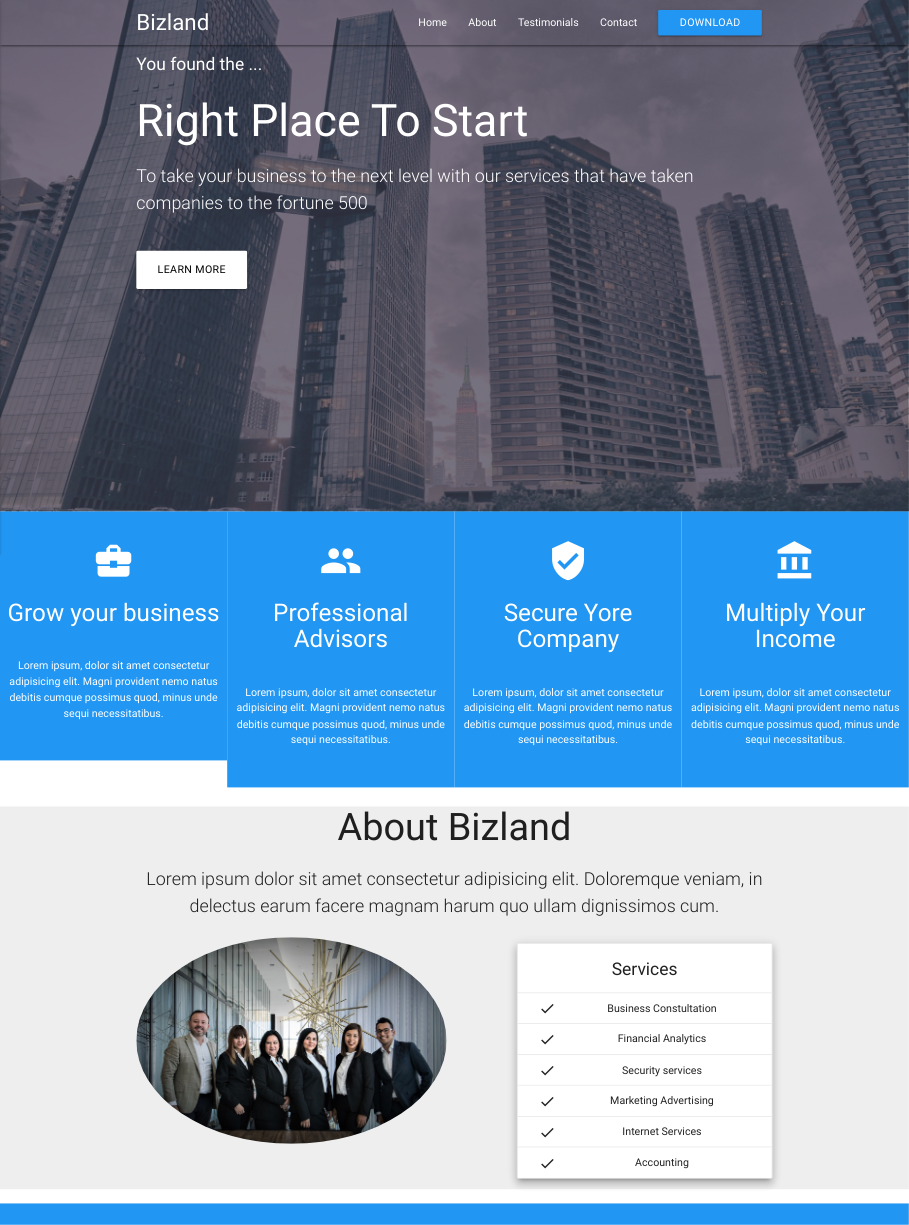
Repository: farrdy/bizland
Page: index.html
An editor plug-in stored every save of this project. The page is shown before and after the next save, followed by the edit.
The browser window is 1280 px wide. The pictures show the whole page, at 71% of full size.
Some web libraries are served in a nearby version.

Above is the page before, as saved 2020-01-05 13:51:50.

### index.html
<!DOCTYPE html>
<html>
  <head>
    <!--Import Google Icon Font-->
    <link
      href="https://fonts.googleapis.com/icon?family=Material+Icons"
      rel="stylesheet"
    />
    <!--Import materialize.css-->
    <link
      type="text/css"
      rel="stylesheet"
      href="css/materialize.min.css"
      media="screen,projection"
    />
    <link type="text/css" rel="stylesheet" href="css/main.css" />
    <!--Let browser know website is optimized for mobile-->
    <meta name="viewport" content="width=device-width, initial-scale=1.0" />
    <title>Bizland Theme</title>
  </head>

  <body>
    <header class="main-header">
      <div class="primary-overlay">
        <div class="navbar-fixed">
          <nav class="transparent">
            <div class="container">
              <div class="nav-wrapper">
                <a href="#home" class="brand-logo">Bizland</a>
                <a href="#" class="button-collapse" data-activates="mobile-nav">
                  <i class="material-icons">menu</i>
                </a>
                <ul class=" right hide-on-med-and-down">
                  <li>
                    <a href="#home">Home</a>
                  </li>
                  <li>
                    <a href="#about">About</a>
                  </li>
                  <li>
                    <a href="#testimonials">Testimonials</a>
                  </li>
                  <li>
                    <a href="#contact">Contact</a>
                  </li>
                  <li>
                    <a href="#" class="btn blue">Download</a>
                  </li>
                </ul>
              </div>
            </div>
          </nav>
        </div>
        <ul class="side-nav" id="mobile-nav">
          <h4 class="blue-grey darken-3  center">
            Bizland
          </h4>
          <li>
            <a href="#" class="devider"></a>
          </li>
          <li>
            <a href="#home">Home</a>
          </li>
          <li>
            <a href="#about">About</a>
          </li>
          <li>
            <a href="#testimonials">Testimonials</a>
          </li>
          <li>
            <a href="#contact">Contact</a>
          </li>
        </ul>

        <!-- showcase -->
        <div class="showcase container">
          <div class="row">
            <div class="col s12 main-text">
              <h5>You found the ...</h5>
              <h1>Right Place To Start</h1>
              <p class="flow-text">
                To take your business to the next level with our services that
                have taken companies to the fortune 500
              </p>
              <br />
              <a href="" class="btn btn-large white black-text">Learn More</a>
              <a href="#about" class="white-text"
                ><i class="material-icons medium scroll-icon">
                  arrow_drop_down_circle
                </i></a
              >
            </div>
          </div>
        </div>
      </div>
    </header>
    <section class="section-boxes center">
      <div class="row">
        <div class="col s12 m6 l3 blue white-text box">
          <i class="material-icons medium">business_center</i>
          <h4>Grow your business</h4>
          <p>
            Lorem ipsum, dolor sit amet consectetur adipisicing elit. Magni
            provident nemo natus debitis cumque possimus quod, minus unde sequi
            necessitatibus.
          </p>
        </div>
        <div class="col s12 m6 l3 blue white-text box">
          <i class="material-icons medium">people</i>
          <h4>Professional Advisors</h4>
          <p>
            Lorem ipsum, dolor sit amet consectetur adipisicing elit. Magni
            provident nemo natus debitis cumque possimus quod, minus unde sequi
            necessitatibus.
          </p>
        </div>
        <div class="col s12 m6 l3 blue white-text box">
          <i class="material-icons medium">verified_user</i>
          <h4>Secure Yore Company</h4>
          <p>
            Lorem ipsum, dolor sit amet consectetur adipisicing elit. Magni
            provident nemo natus debitis cumque possimus quod, minus unde sequi
            necessitatibus.
          </p>
        </div>
        <div class="col s12 m6 l3 blue white-text box">
          <i class="material-icons medium">account_balance</i>
          <h4>Multiply Your Income</h4>
          <p>
            Lorem ipsum, dolor sit amet consectetur adipisicing elit. Magni
            provident nemo natus debitis cumque possimus quod, minus unde sequi
            necessitatibus.
          </p>
        </div>
      </div>
    </section>
    <!-- Section: About -->

    <section class="section-about grey lighten-3 center">
      <div class="container">
        <h2>About Bizland</h2>
        <p class="flow-text">
          Lorem ipsum dolor sit amet consectetur adipisicing elit. Doloremque
          veniam, in delectus earum facere magnam harum quo ullam dignissimos
          cum.
        </p>
        <div class="row">
          <div class="col s12 m6">
            <img src="img/people.jpg" alt="" class="responsive-img circle" />
          </div>
          <div class="col s12 m5 offset-m1">
            <ul class="collection with-header z-depth-4">
              <li class="collection-header">
                <h5>Services</h5>
              </li>
              <li class="collection-item">
                <i class="material-icons left">check</i>
                Business Constultation
              </li>
              <li class="collection-item">
                <i class="material-icons left">check</i>
                Financial Analytics
              </li>
              <li class="collection-item">
                <i class="material-icons left">check</i>
                Security services
              </li>
              <li class="collection-item">
                <i class="material-icons left">check</i>
                Marketing Advertising
              </li>
              <li class="collection-item">
                <i class="material-icons left">check</i>
                Internet Services
              </li>
              <li class="collection-item">
                <i class="material-icons left">check</i>
                Accounting
              </li>
            </ul>
          </div>
        </div>
      </div>
    </section>
    <!-- Section Testimonials -->
    <section class="section section-testimonials blue white-text center">
      <div class="container"></div>
    </section>

    <!--Import jQuery before materialize.js-->
    <script
      type="text/javascript"
      src="https://code.jquery.com/jquery-3.2.1.min.js"
    ></script>
    <script type="text/javascript" src="js/materialize.min.js"></script>
    <script>
      $(document).ready(function() {
        $(".button-collapse").sideNav();

        //scrollfire
        const options = [
          {
            selector: ".main-text",
            offset: 0,
            callback: function(el) {
              Materialize.fadeInImage($(el));
            }
          }
        ];

        Materialize.scrollFire(options);
      });
    </script>
  </body>
</html>

### css/main.css
.primary-overlay {
  background: rgba(63, 57, 77, 0.7);
  position: absolute;
  top: 0;
  left: 0;
  width: 100%;
  height: 100%;
  overflow: hidden;
}

.main-header {
  background: url(../img/showcase.jpg);
  background-size: cover;
  background-position: center;
  height: 100vh;
  min-height: 600px;
  color: #fff;
  position: relative;
}

.main-hedare .showcase {
  padding-top: 110px;
}

.scroll-icon {
  position: absolute;
  bottom: 5%;
  left: 47%;
  opacity: 0.5%;
}

.box {
  padding: 40px 10px !important;
}

.box h4 {
  padding-bottom: 30px;
}

.section-boxes .row {
  margin-bottom: 0 !important;
}

@media (max-width: 600px) {
  .main-header {
    height: 50vh;
  }
}

Loaded but not shown: css/materialize.min.css (library); js/materialize.min.js (library)

After the next save:
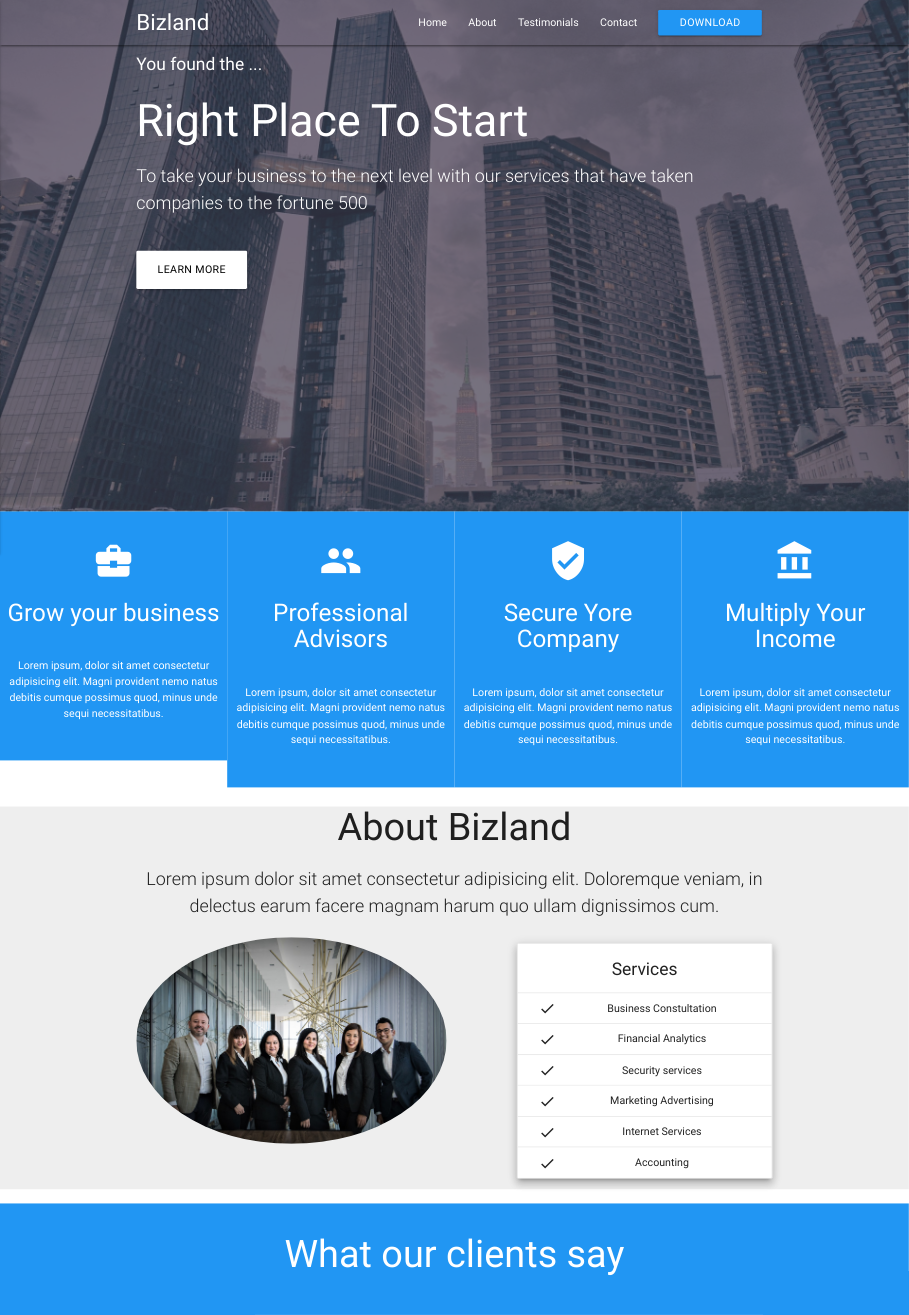
Saved 35 s later.
--- a/index.html
+++ b/index.html
@@ -184,7 +184,10 @@
     </section>
     <!-- Section Testimonials -->
     <section class="section section-testimonials blue white-text center">
-      <div class="container"></div>
+      <div class="container">
+        <h2>What our clients say</h2>
+        <div class="row"></div>
+      </div>
     </section>
 
     <!--Import jQuery before materialize.js-->
